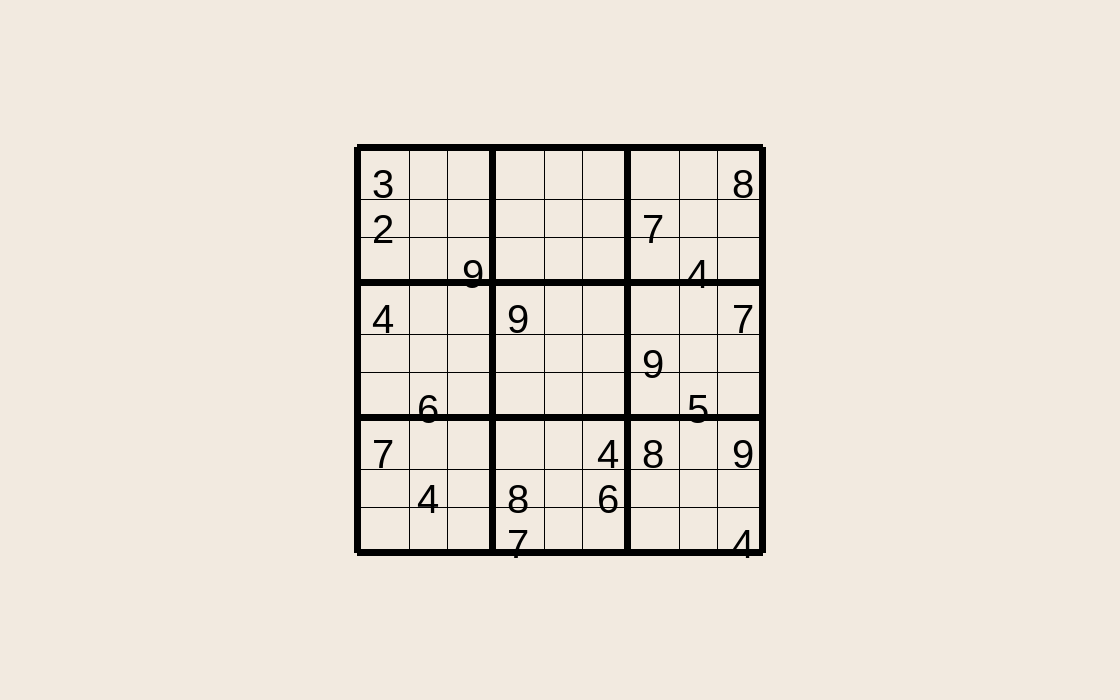
Repository: JensVL96/Puzzle-solver-for-fun
Script's output: python sudoku.py
An editor plug-in stored every save of this project. The script's output is shown before and after the next save, followed by the edit.
The window is shown after at most 60 frames with no key pressed. A system font it names is replaced by a similar one. Random numbers start from a fixed seed.

Above is the script's output before, as saved 2020-11-07 21:07:58.

After the next save:
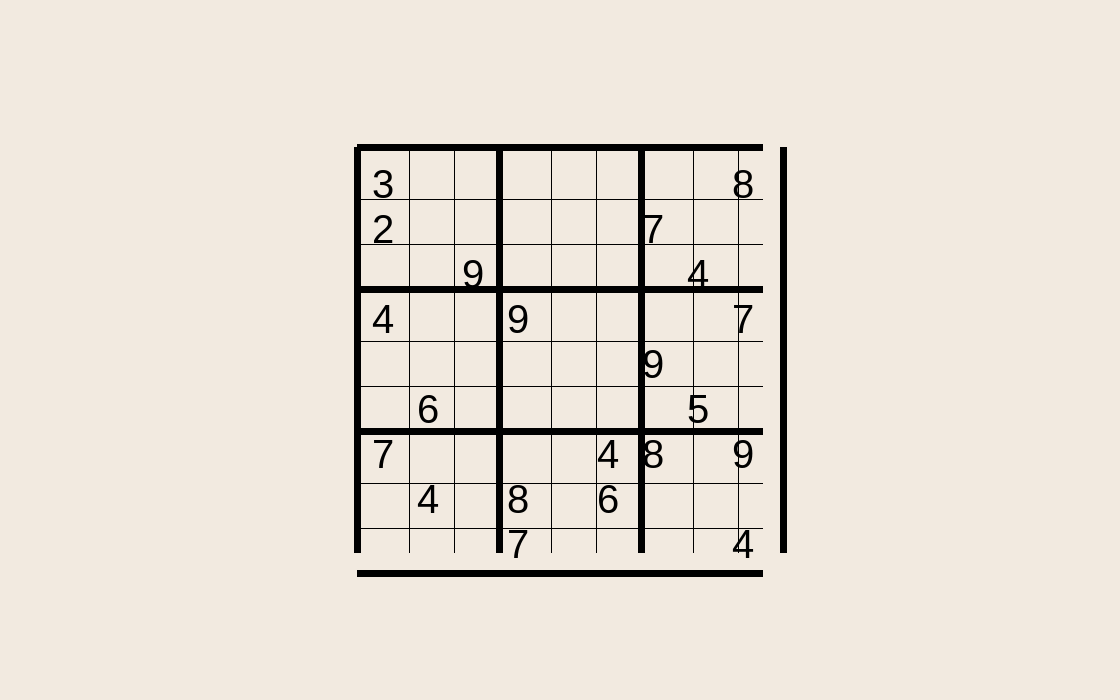
Saved 14 s later.
--- a/display_board.py
+++ b/display_board.py
@@ -40,8 +40,8 @@ class Display_board():
             if (i + 2) % 3 == 0:
                 print("increasing size: ", i)
                 size += 7
-            else:
-                size = 0
+            # else:
+            #     size = 0
 
             #       thick           Thick     thin    thin  thick   thin    thin  thick   thin    thin  thick
             # TOP_LX -> TOP_RX & ( TOP_LY -> BS + 7 -> BS -> BS -> BS + 7 -> BS -> BS -> BS + 7 -> BS -> BS)
